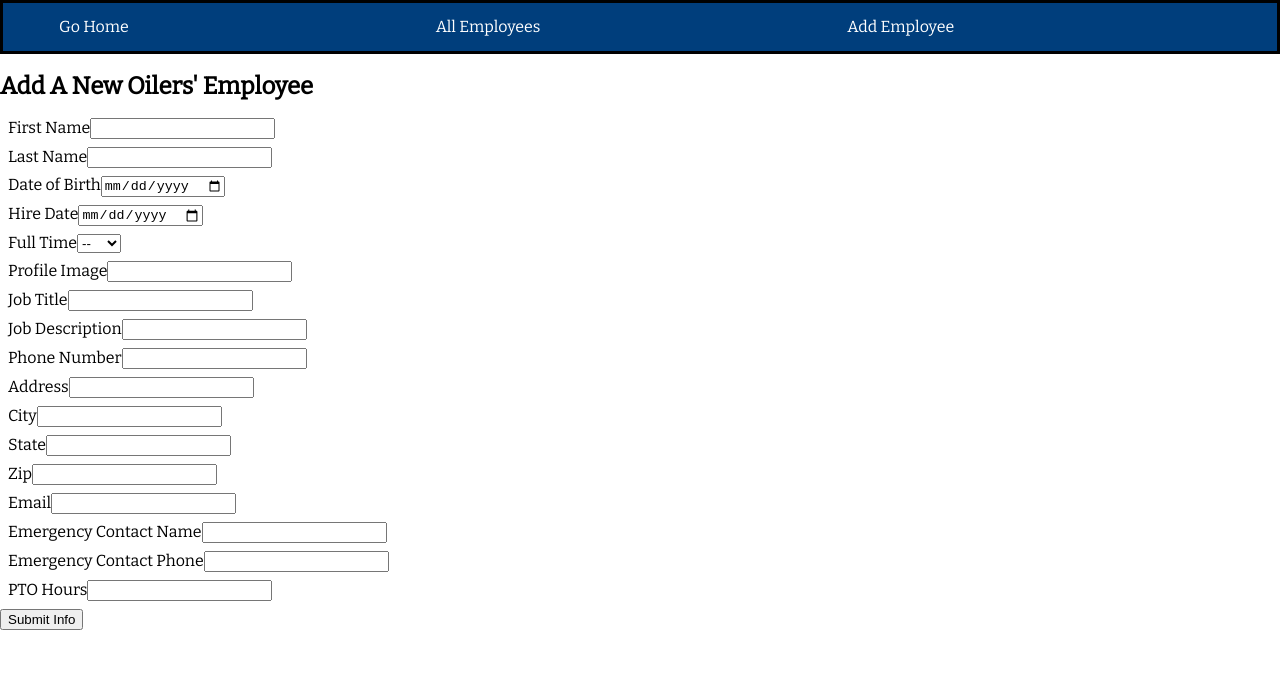
Repository: rh1456/employee-directory
Page: /2
The author's editor kept a copy of each file at every save. The page is drawn from the files as they stood at one save, then again after the next save.
The browser window is 1280 px wide. The pictures show the whole page.
The project was rebuilt for these pictures with package versions that can differ from the ones it lists, and the page was loaded fresh each time. Also part of the build but not shown: src/pages/HomePage.jsx, src/pages/SingleEmployee.jsx, src/pages/AllEmployees.jsx.

Above is the page before, as saved 2019-12-08 18:54:21.

After the next save:
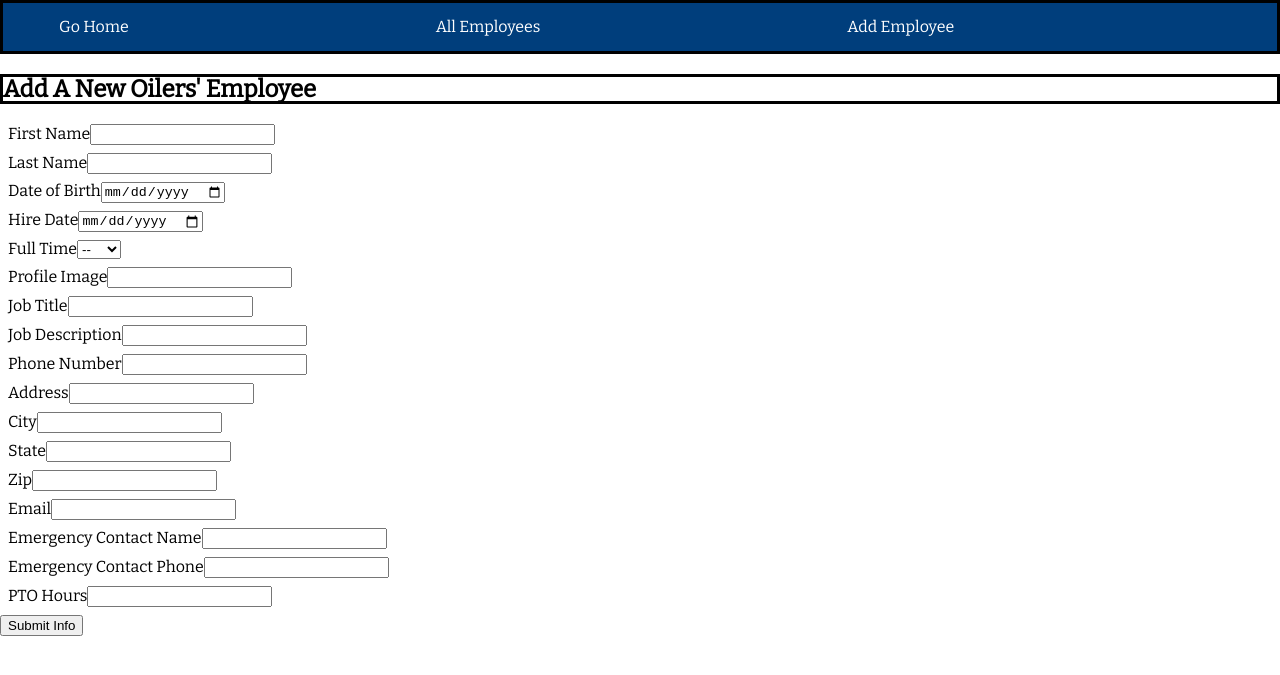
Saved 62 s later.
--- a/src/index.css
+++ b/src/index.css
@@ -62,3 +62,6 @@
 .employeeLabel {
   margin: 0.5rem;
 }
+.form-h2 {
+  border: solid black;
+}
